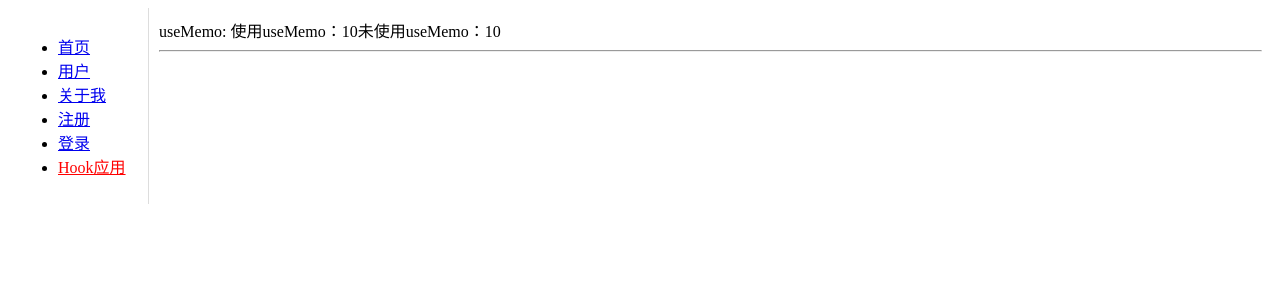
Repository: shellingfordly/js-library-Demo
Page: /hook (app in demo/react/demo/)
These files come from the project's save history. The page is drawn as it stood at one moment and after the next save; the edit follows.
The browser window is 1280 px wide. The pictures show the whole page.
The project was rebuilt for these pictures with package versions that can differ from the ones it lists, and the page was loaded fresh each time. Also part of the build but not shown: demo/react/demo/src/views/home/components/UseReducer.js, demo/react/demo/src/views/home/components/SetTimeout.js, demo/react/demo/src/views/home/hook/context.js, demo/react/demo/src/views/home/components/context/useContext.js, demo/react/demo/src/views/home/components/context/contextType.js, demo/react/demo/src/views/home/components/context/consumer.js, demo/react/demo/src/views/home/utils/highComponent.js, demo/react/demo/src/views/home/Home.js and 12 more.

Above is the page before, as saved 2021-01-17 22:56:48.

### demo/react/demo/src/index.js
import React from 'react';
import ReactDOM from 'react-dom';
import './index.css';
import App from './App';
import reportWebVitals from './reportWebVitals';
import {BrowserRouter as Route} from 'react-router-dom'

ReactDOM.render(
  <React.StrictMode>
    <Route>
      <App />
    </Route>
  </React.StrictMode>,
  document.getElementById('root')
);

// If you want to start measuring performance in your app, pass a function
// to log results (for example: reportWebVitals(console.log))
// or send to an analytics endpoint. Learn more: https://bit.ly/CRA-vitals
reportWebVitals();

### demo/react/demo/src/App.js

import './App.scss'
import { Component } from 'react'
import { NavLink, Route, Switch, Redirect } from 'react-router-dom'
import Home from './views/home/Home'
import About from './views/about/About'
import Register from './views/Register'
import User from './views/User'
import Login from './views/Login'
import store from './store'
import { userLogout } from './store/actions'
import Hook from './views/HookComponent'

export default class App extends Component {

  state = {
    isShow: false
  }

  componentDidMount() {
    store.subscribe(() => {
      const data = store.getState()
      this.setState({ isShow: data.isLogin })
    })
  }

  logout = () => {
    store.dispatch(userLogout())
  }


  render() {

    return (
      <div className="app">
        <div className="nav">
          <ul>
            <li>
              <NavLink to='/home'>首页</NavLink>
            </li>
            <li>
          <NavLink to='/user'>用户</NavLink>
            </li>
            <li>
          <NavLink to='/about'>关于我</NavLink>
            </li>
            <li>
          <NavLink to='/register'>注册</NavLink>
            </li>
            <li>
          <NavLink to='/login'>登录</NavLink>
            </li>
            <li>
          <NavLink to='/hook'>Hook应用</NavLink>
            </li>
          </ul>

        </div>
        <div className="content">
          <Switch>
            <Route path="/home" component={Home}></Route>
            <Route path="/user" component={User}></Route>
            <Route path="/about" component={About}></Route>
            <Route path="/register" component={Register}></Route>
            <Route path="/login" component={Login}></Route>
            <Route path="/hook" component={Hook}></Route>
            <Redirect to="/login"></Redirect>
          </Switch>
        </div>
      </div>


    )
  }
};

### demo/react/demo/src/App.scss
.app {
  // width: 80%;
  margin: auto;
  display: flex;

  .nav {
    width: 120px;
    padding: 10px;
    border-right: 1px solid #ddd;

    a {
      display: inline;
      width: 100%;
    }

    .active {
      color: red;
    }
  }

  .content {
    flex:1;
    padding: 10px;
    // display: flex;
    // justify-content: space-around;

    .login {
      .label {
        display: inline-block;
        width: 70px;
      }
      .btn {
        padding-top: 10px;
        text-align: center;

        button:first-child {
          margin-right: 10px;
        }
      }
    }
  }
}

.show {
  display: block;
}
.hide {
  display: none;
}

### demo/react/demo/src/store/index.js
import {createStore, applyMiddleware}  from 'redux'
import thunk from 'redux-thunk'
import  rootReducer from './combineReducer'

export default createStore(rootReducer, applyMiddleware(thunk))

### demo/react/demo/src/store/actions.js
export function saveUser(data){
  return {
    type: 'SAVE',
    data
  }
}

export function getUser(data){
  return {
    type: 'GET',
    data
  }
}

export function userLogin(){
  return {
    type: 'LOGIN',
  }
}

export function userLogout(){
  return {
    type: 'LOGOUT',
  }
}

### demo/react/demo/src/views/HookComponent/index.js

import { UseMemoComponent,UseFunComponent} from './components/useMemo'

export default function HookComponent(){
  return (
    <div>
      useMemo:
      使用useMemo：<UseMemoComponent />
      未使用useMemo：<UseFunComponent/>
      <hr/>
    </div>
  )
}

### demo/react/demo/src/store/combineReducer.js
import { combineReducers } from 'redux';

import * as reducer from './reducer';


const rootReducer = combineReducers({
  ...reducer
})

export default rootReducer;

### demo/react/demo/src/views/HookComponent/components/useMemo.js
import {useMemo, useState} from 'react'

export function  UseFunComponent (){
  const [len] = useState(5)

  function sum(){
    console.log("computed");
    let count = 0
    for (let i = 0; i < len; i++) {
      count+=i
    }
    return count
  }

  return (
    <span>
      {sum()}
    </span>
  )
}

export function  UseMemoComponent (){

  const [len] = useState(5)

  const sum =  useMemo(()=>{
    console.log("computed");
    let count = 0
    for (let i = 0; i < len; i++) {
      count+=i
    }
    return count
  }, [len])

  return (
    <span>
      {sum}
    </span>
  )
}

### demo/react/demo/src/store/reducer.js
const user_info = {
  username: '',
  password: '',
}

export function user(state = user_info, actions) {
  switch (actions.type) {
    case "SAVE":
      localStorage.setItem('user_info', JSON.stringify(actions.data))
      return { status: true, msg: '登录成功！' }
    case "GET":
      const hasUser = localStorage.getItem('user_info')
      if (hasUser) return { status: true, data: user, msg: '已登录！' }
      else return { status: false, msg: '未登录！' }
    default: return state
  }
}


export function isLogin(state = false, actions) {
  const hasUser = localStorage.getItem('user_info')
  switch (actions.type) {
    case "LOGIN":
      if (hasUser) return true
      else return false
    case "LOGOUT":
      if (hasUser) localStorage.removeItem('user_info')
      return false
    default: return state
  }
}

Loaded but not shown: demo/react/demo/public/index.html (common file); demo/react/demo/src/reportWebVitals.js (common file); demo/react/demo/src/index.css (no stored copy; drawn as an empty file)

After the next save:
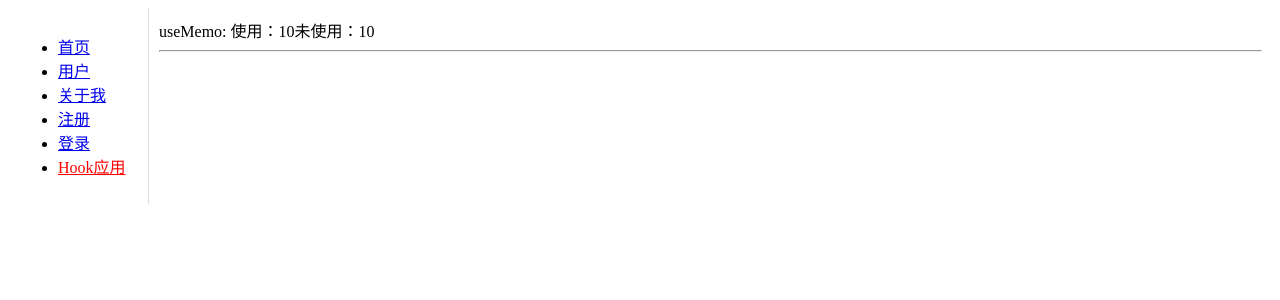
Saved 9 s later.
--- a/demo/react/demo/src/views/HookComponent/index.js
+++ b/demo/react/demo/src/views/HookComponent/index.js
@@ -5,8 +5,8 @@ export default function HookComponent(){
   return (
     <div>
       useMemo:
-      使用useMemo：<UseMemoComponent />
-      未使用useMemo：<UseFunComponent/>
+      使用：<UseMemoComponent />
+      未使用：<UseFunComponent/>
       <hr/>
     </div>
   )
